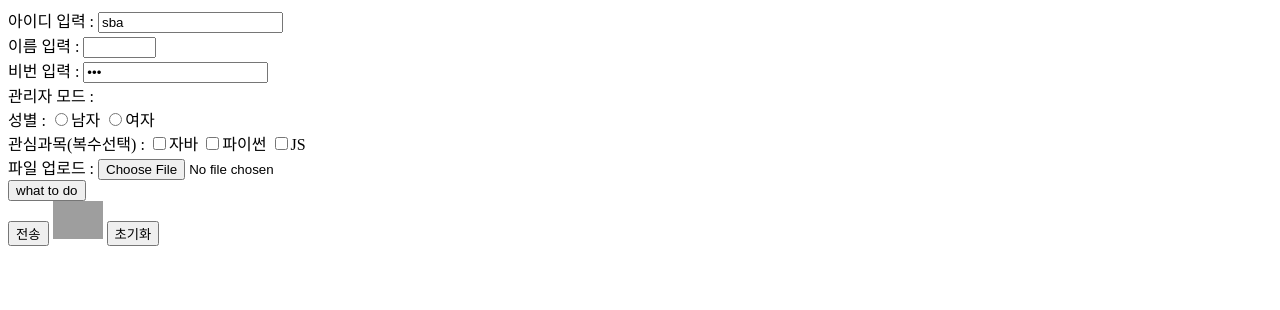
Repository: Kray273/JSLab
Page: html/src/main/webapp/Day97/formtag4.html
An editor plug-in stored every save of this project. The page is shown before and after the next save, followed by the edit.
The browser window is 1280 px wide. The pictures show the whole page.
Pictures or frames that could not be fetched are drawn as grey boxes.

Above is the page before, as saved 2022-11-25 01:21:55.

After the next save:
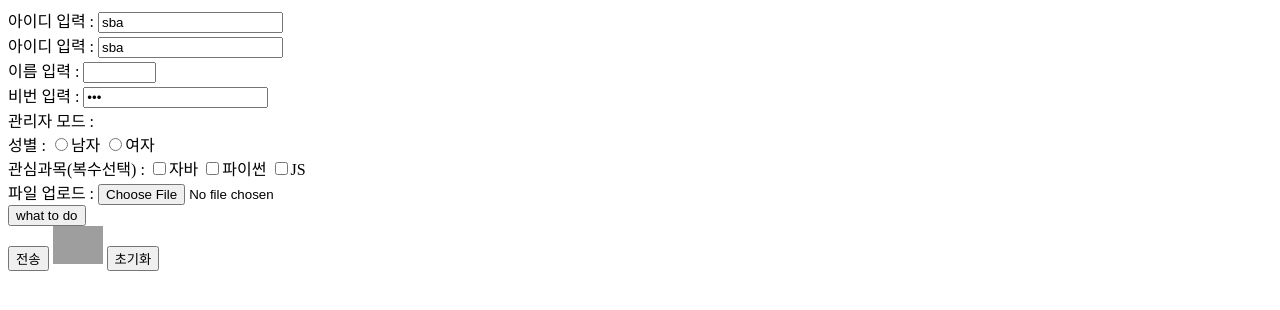
Saved 2 min 58 s later.
--- a/html/src/main/webapp/Day97/formtag4.html
+++ b/html/src/main/webapp/Day97/formtag4.html
@@ -8,7 +8,9 @@
 
 
 <form action="http://localhost:8080/html/a.jsp">
- 아이디 입력 : <input type="text" name="id" value="sba" pattern="[]{}"><br>
+ <!-- 아이디 입력 : <input type="text" name="id" value="sba" pattern="[1문자구성규칙]{문자개수}"><br> -->
+ 아이디 입력 : <input type="text" name="id" value="sba" pattern="[A-z가-힣0-9]{10}"><br>
+ 아이디 입력 : <input type="text" name="id" value="sba" pattern="[1문자구성규칙]{문자개수}"><br>
  이름 입력 : <input type="text" name="name" maxlength="10" size="6" required ><br>
  비번 입력 : <input type="password" name="pw" value="sba" readonly><br>
  관리자 모드 : <input type="hidden" value="admin" id="html/css/js" name="jsp"><br>

After the 2 saves that followed:
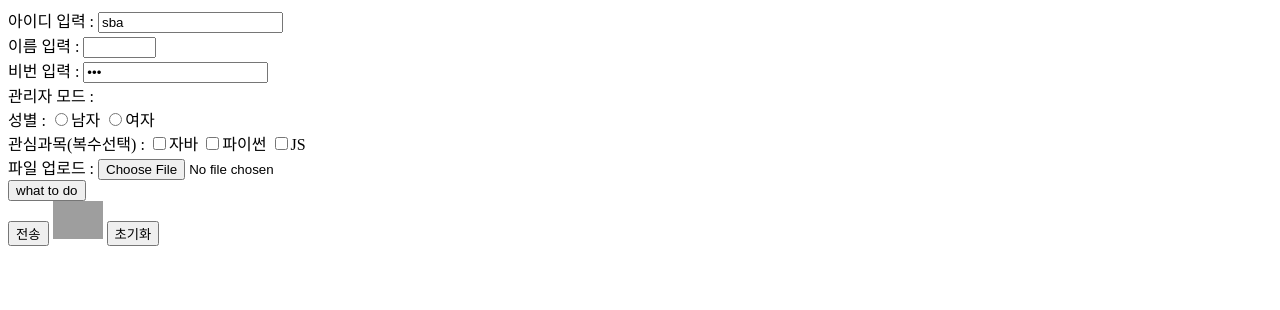
The 2 saves are shown as one change because 1 left the picture as it was.
The last was saved 20 s later.
--- a/html/src/main/webapp/Day97/formtag4.html
+++ b/html/src/main/webapp/Day97/formtag4.html
@@ -9,8 +9,7 @@
 
 <form action="http://localhost:8080/html/a.jsp">
  <!-- 아이디 입력 : <input type="text" name="id" value="sba" pattern="[1문자구성규칙]{문자개수}"><br> -->
- 아이디 입력 : <input type="text" name="id" value="sba" pattern="[A-z가-힣0-9]{10}"><br>
- 아이디 입력 : <input type="text" name="id" value="sba" pattern="[1문자구성규칙]{문자개수}"><br>
+ 아이디 입력 : <input type="text" name="id" value="sba" pattern="[A-z가-힣0-9]{5,10}"><br>
  이름 입력 : <input type="text" name="name" maxlength="10" size="6" required ><br>
  비번 입력 : <input type="password" name="pw" value="sba" readonly><br>
  관리자 모드 : <input type="hidden" value="admin" id="html/css/js" name="jsp"><br>
